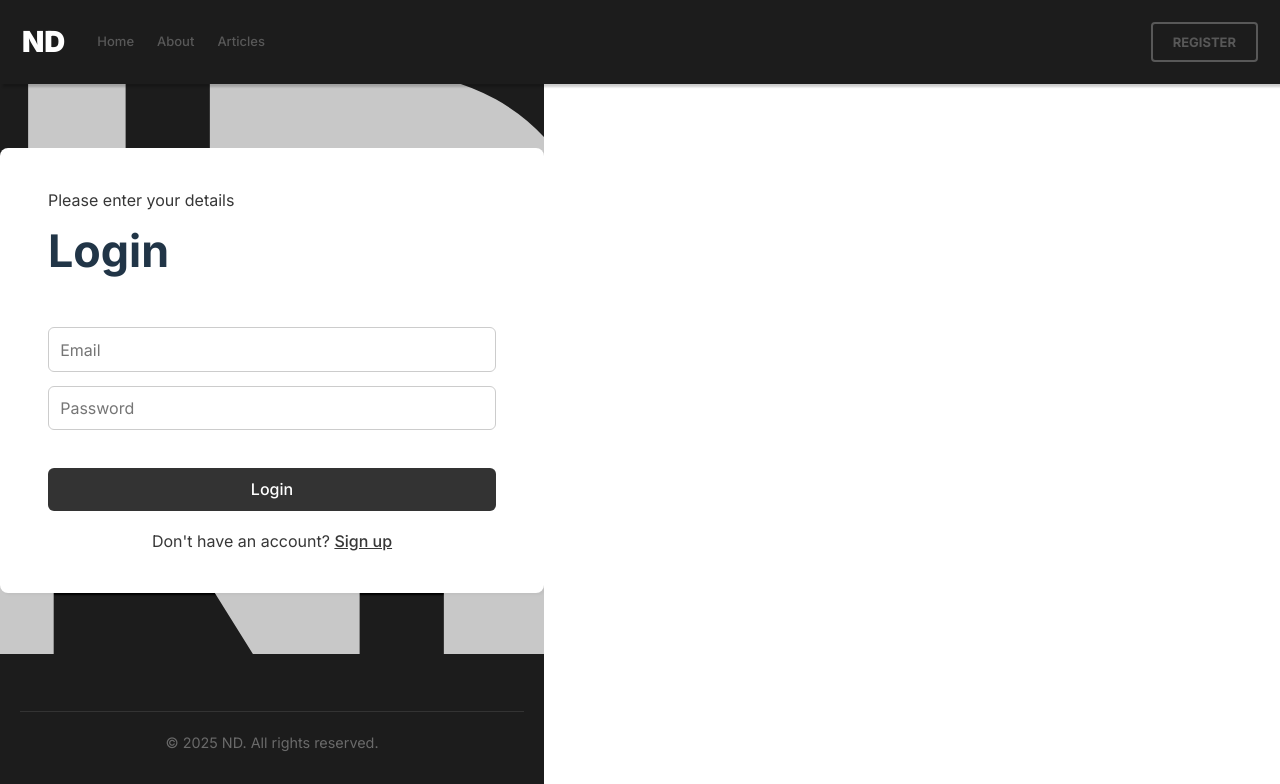
Repository: neomdavid/advancedwebprogramming
Page: /login
An editor plug-in stored every save of this project. The page is shown before and after the next save, followed by the edit.
The browser window is 1280 px wide. The pictures show the whole page.
The pointer rests on the first visible `.login-button`.
The project was rebuilt for these pictures with package versions that can differ from the ones it lists, and the page was loaded fresh each time. Also part of the build but not shown: vite.config.js, src/styles/AboutPage.css, src/pages/AboutPAge.jsx, src/styles/ArticleList.css, src/article-content.js, src/components/ArticleList.jsx, src/pages/ArticleListPage.jsx, src/styles/ArticlePage.css and 7 more.

Above is the page before, as saved 2025-04-22 09:08:13.

After the next save:
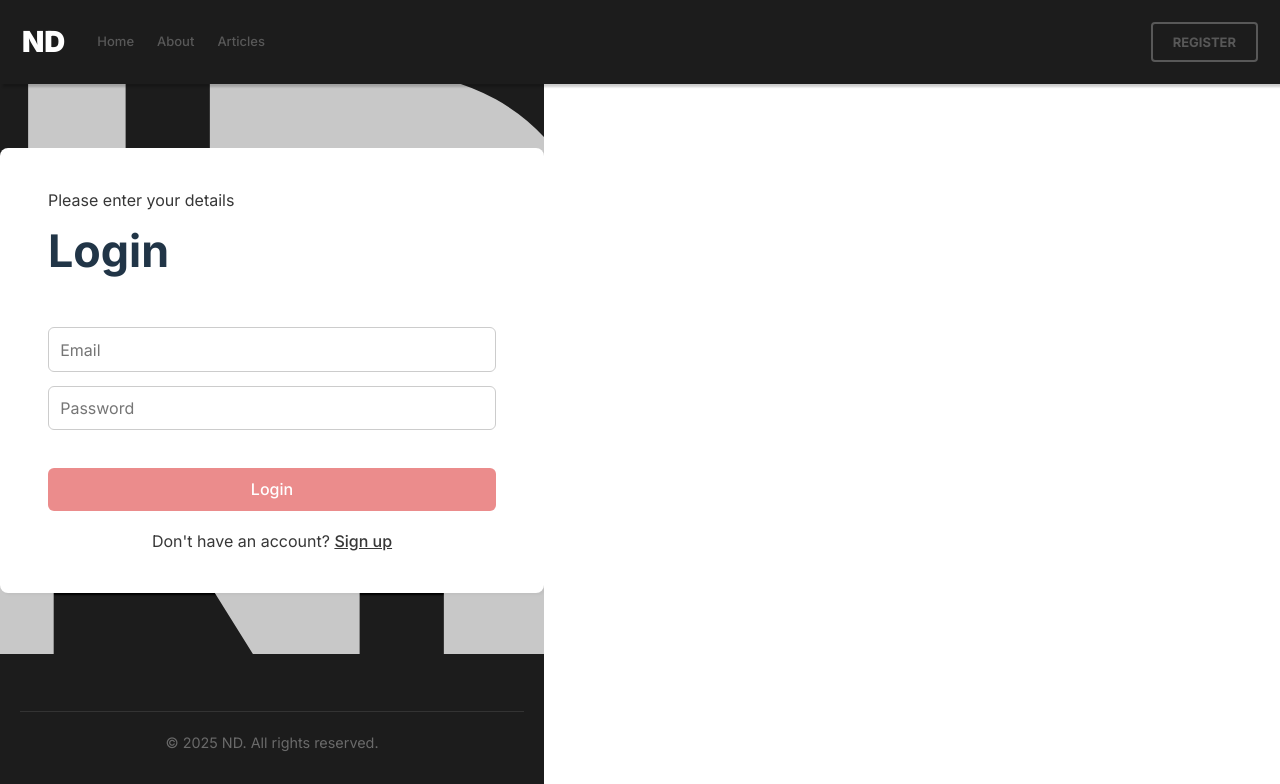
Saved 4 s later.
--- a/src/styles/LoginPage.css
+++ b/src/styles/LoginPage.css
@@ -56,7 +56,7 @@
 }
 
 .login-button:hover {
-  background-color: #333;
+  background-color: #eb8c8c;
 }
 
 .signup-text {

After the 3 saves that followed:
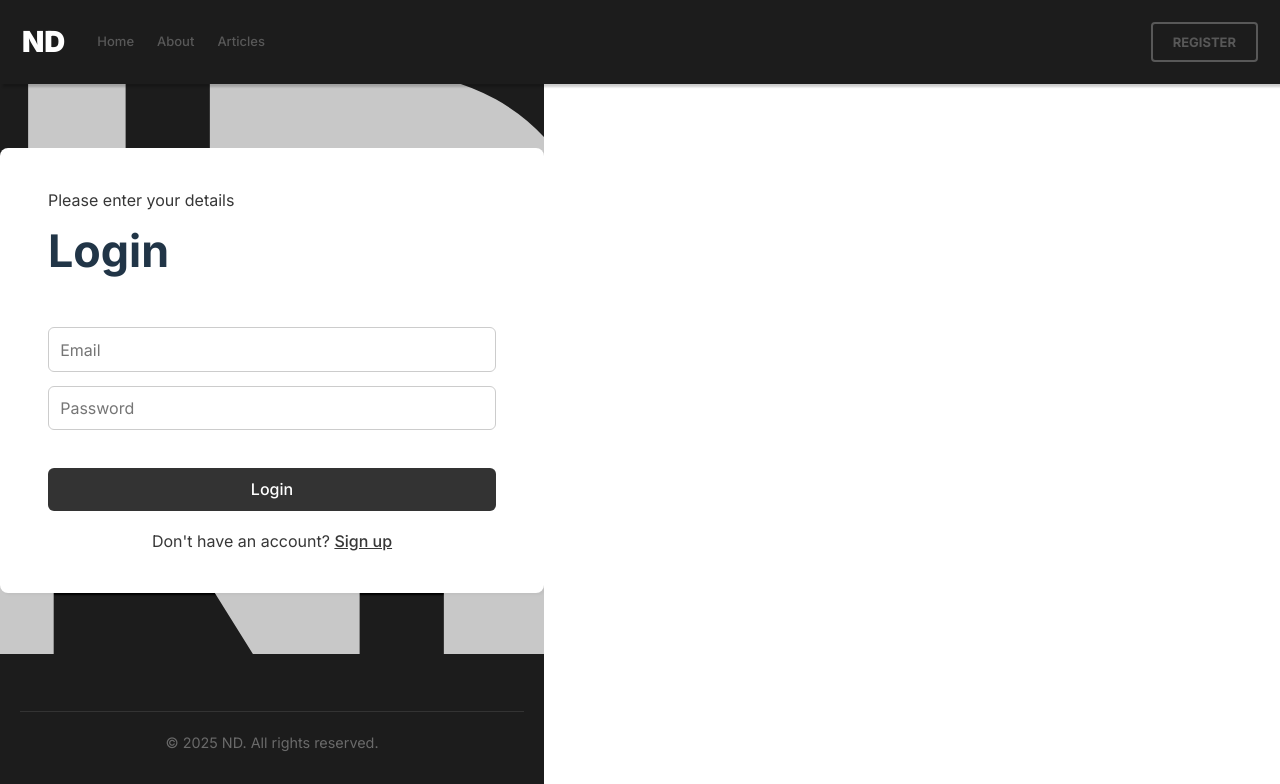
The 3 saves are shown as one change because they came seconds apart.
The last was saved 15 s later.
--- a/src/styles/LoginPage.css
+++ b/src/styles/LoginPage.css
@@ -56,7 +56,7 @@
 }
 
 .login-button:hover {
-  background-color: #eb8c8c;
+  background-color: #333;
 }
 
 .signup-text {
